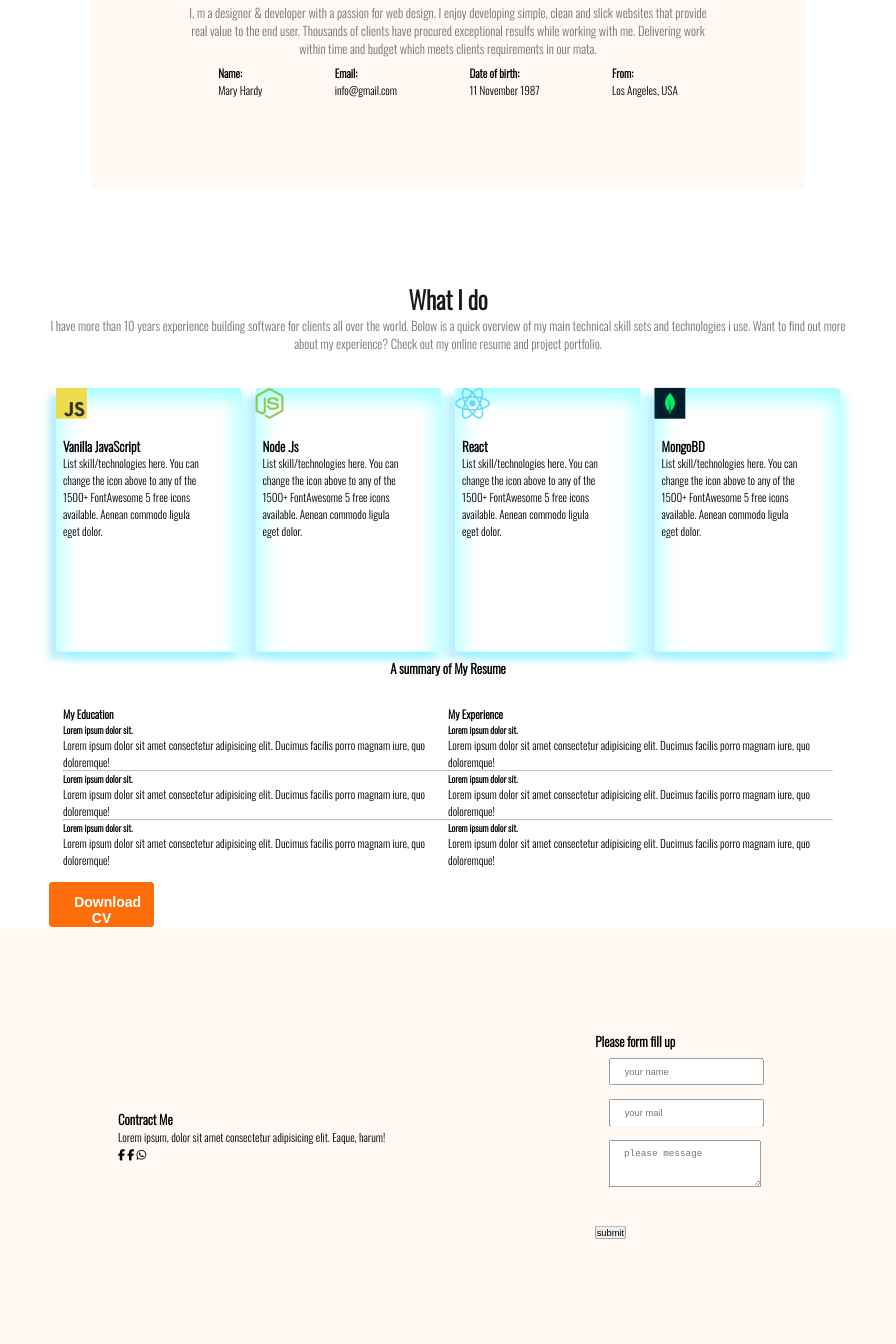
Repository: sumonkumarsarkar/my-website-personal
Page: index.html
The author's editor kept a copy of each file at every save. The page is drawn from the files as they stood at one save, then again after the next save.
The browser window is 1280 px wide. The pictures show the part of the page from y = 1183 to 3103 px (the page is 3103 px tall before and 3063 px after), at 70% of full size.

Above is the page before, as saved 2024-01-06 17:42:33.

### index.html
<!DOCTYPE html>
<html lang="en">
  <head>
    <meta charset="UTF-8" />
    <meta name="viewport" content="width=device-width, initial-scale=1.0" />
    <title>My Personal Website</title>
    <link rel="preconnect" href="https://fonts.googleapis.com" />
    <link rel="preconnect" href="https://fonts.gstatic.com" crossorigin />
    <link
      href="https://fonts.googleapis.com/css2?family=Open+Sans:wght@700;800&family=Oswald:wght@300&display=swap"
      rel="stylesheet"
    />
    <link rel="stylesheet" href="https://cdnjs.cloudflare.com/ajax/libs/font-awesome/6.5.1/css/all.min.css" integrity="sha512-DTOQO9RWCH3ppGqcWaEA1BIZOC6xxalwEsw9c2QQeAIftl+Vegovlnee1c9QX4TctnWMn13TZye+giMm8e2LwA==" crossorigin="anonymous" referrerpolicy="no-referrer" />
    <link rel="stylesheet" href="./style.css" />
  </head>
  <body>
    <header class="header">
      <nav>
        <h3 class="nav-title">Me<span class="text-primary">r</span>y</h3>
        <ul>
          <li><a href="#">Pirtfolio</a></li>
          <li><a href="#">Blog</a></li>
          <li><button type="button" class="btn-button">Hire Me</button></li>
        </ul>
      </nav>

      <div class="banner">
        <div class="banner-part">
          <h3 class="banner-greeting">Hi, I am</h3>
          <h1 class="banner-title">Mary Hardy</h1>
          <p>
            Shot what able cold new see hold.Friendly as an betrayed formerly
            he. Morning because as to society behaved moments.
          </p>
          <button type="button" class="btn-button">Download CV</button>
          <button class="btn-button" type="button">Contract</button>
        </div>
        <div>
          <img class="profile-picture" src="./images/hardy.png" alt="" />
        </div>
      </div>
    </header>

    <!-- main section  -->

    <main>
      <section class="about">
        <h3 class="section-title">About me</h3>
        <p class="section-description">
          I, m a designer & developer with a passion for web design. I enjoy
          developing simple, clean and slick websites that provide real value to
          the end user. Thousands of clients have procured exceptional resulfs
          while working with me. Delivering work within time and budget which
          meets clients requirements in our mata.
        </p>

        <div class="about-info-container">
          <div class="about-info">
            <h4 class="info-titlt">Name:</h4>
            <p>Mary Hardy</p>
          </div>
          <div class="about-info">
            <h4 class="info-titlt">Email:</h4>
            <p>info@gmail.com</p>
          </div>
          <div class="about-info">
            <h4 class="info-titlt">Date of birth:</h4>
            <p>11 November 1987</p>
          </div>
          <div class="about-info">
            <h4 class="info-titlt">From:</h4>
            <p>Los Angeles, USA</p>
          </div>
        </div>
      </section>

      <section class="what-section">
        <h3 class="section-title">What I do</h3>
        <p class="section-description">
          I have more than 10 years experience building software for clients all
          over the world. Below is a quick overview of my main technical skill
          sets and technologies i use. Want to find out more about my
          experience? Check out my online resume and project portfolio.
        </p>

        <div class="skill-container">
          <div class="skill">
            <img src="./images/icons/js.png" alt="" />
            <div class="skill-item">
              <h3 class="skill-title">Vanilla JavaScript</h3>
              <p class="skill-description">
                List skill/technologies here. You can change the icon above to
                any of the 1500+ FontAwesome 5 free icons available. Aenean
                commodo ligula eget dolor.
              </p>
            </div>
          </div>
          <div class="skill">
            <img src="./images/icons/nodejs.png" alt="" />
            <div class="skill-item">
              <h3 class="skill-title">Node .Js</h3>
              <p class="skill-description">
                List skill/technologies here. You can change the icon above to
                any of the 1500+ FontAwesome 5 free icons available. Aenean
                commodo ligula eget dolor.
              </p>
            </div>
          </div>
          <div class="skill">
            <img src="./images/icons/react.png" alt="" />
            <div class="skill-item">
              <h3 class="skill-title">React</h3>
              <p class="skill-description">
                List skill/technologies here. You can change the icon above to
                any of the 1500+ FontAwesome 5 free icons available. Aenean
                commodo ligula eget dolor.
              </p>
            </div>
          </div>
          <div class="skill">
            <img src="./images/icons/mongo.png" alt="" />
            <div class="skill-item">
              <h3 class="skill-title">MongoBD</h3>
              <p class="skill-description">
                List skill/technologies here. You can change the icon above to
                any of the 1500+ FontAwesome 5 free icons available. Aenean
                commodo ligula eget dolor.
              </p>
            </div>
          </div>
        </div>


     <!-- summary section start  -->
     <section class="section-resume">
      <h3 class="summary-title">A summary of My Resume</h3>
      <div class="summary-section">

          <div class="education-item">
          <h4 class="education-title">My Education</h4>
          <div class="education-details">
          <h5>Lorem ipsum dolor sit.</h5>
          <P>Lorem ipsum dolor sit amet consectetur adipisicing elit. Ducimus facilis porro magnam iure, quo doloremque!</P>
          </div>
          <hr>

          <div class="education-details">
          <h5>Lorem ipsum dolor sit.</h5>
          <P>Lorem ipsum dolor sit amet consectetur adipisicing elit. Ducimus facilis porro magnam iure, quo doloremque!</P>
          </div><hr>
          <div class="education-details">
          <h5>Lorem ipsum dolor sit.</h5>
          <P>Lorem ipsum dolor sit amet consectetur adipisicing elit. Ducimus facilis porro magnam iure, quo doloremque!</P>
          </div>

         </div>

          <!-- Education end  -->

         <div class="experence-item">
          <h4 class="experence">My Experience</h4>

          <div class="education-details">
            <h5>Lorem ipsum dolor sit.</h5>
            <P>Lorem ipsum dolor sit amet consectetur adipisicing elit. Ducimus facilis porro magnam iure, quo doloremque!</P>
            </div><hr>
          <div class="education-details">
            <h5>Lorem ipsum dolor sit.</h5>
            <P>Lorem ipsum dolor sit amet consectetur adipisicing elit. Ducimus facilis porro magnam iure, quo doloremque!</P>
            </div><hr>
          <div class="education-details">
            <h5>Lorem ipsum dolor sit.</h5>
            <P>Lorem ipsum dolor sit amet consectetur adipisicing elit. Ducimus facilis porro magnam iure, quo doloremque!</P>
            </div>
         </div>
      </div>


<!-- Education  start  -->
<button type="button" class="btn-button">Download CV</button>
     </section>


    </div>




     <!-- summary section end  -->


      </section>
    </main>
     <!-- footer section start  -->


<footer class="footer-section">


   <div class="contract-section">
    <h3>Contract Me</h3>
    <p>Lorem ipsum, dolor sit amet consectetur adipisicing elit. Eaque, harum!</p>
    <i class="fa-brands fa-facebook-f"></i>
    <i class="fa-brands fa-facebook-f"></i>
    <i class="fa-brands fa-whatsapp"></i>


   </div>
   <div class="contract-section">
    <h3>Please form fill up</h3>
    <form class="contract-form" action="#">
      <input type="text" placeholder="your name">
      <input type="text" placeholder="your mail">
      <textarea  name="" id="" cols="20" rows="3" placeholder="please message "></textarea>
    </form>
    <button type="button" class="submit-button">submit</button>
   </div>

</footer>




     <!-- footer section End  -->


  </body>
</html>

### style.css
* {
  margin: 0;
  padding: 0;
}
body {
  font-family: "Open Sans", sans-serif;
  font-family: "Oswald", sans-serif;
}
nav {
  display: flex;
  align-items: center;
  justify-content: space-between;
  margin: 0 200px;
}

.nav-title {
  font-size: 45px;
  color: #181818;
  line-height: normal;
  font-weight: 800;
}
.text-primary {
  color: #fd6e0a;
}
nav ul {
  display: flex;
  align-items: center;
}
nav a {
  text-decoration: none;
}
nav li {
  list-style: none;
  margin: 50px;
  font-size: 20px;
  color: #474747;
  text-align: center;
}

.section-title {
    color:#181818;
    text-align: center;
    font-size: 35px;
    font-weight: 700;
}
.section-description{
    color:#757575;
    text-align: center;
    font-size: 18px;

}

.btn-button {
  height: 64px;
  width: 150px;
  color: #ffff;
  background: #fd6e0a;
  border-radius: 5px;
  font-size: 20px;
  border: 0;
  font-weight: 700;
  padding: 18px 36px;
}

.header {
  background: #fff8f3;
  background-image: url(./images/header_bg.png);
  background-repeat: no-repeat;
  background-position: bottom right;
}
.banner {
  padding: 30px 30px 0 150px;
  display: flex;
  align-items: center;
  justify-content: space-between;
}
.banner-part {
  max-width: 500px;
}
.banner .profile-picture {
  height: 676px;
  width: 584px;
}
.banner-greeting {
  font-size: 45px;
  color: #474747;
  margin-bottom: 5px;
}
.banner-title {
  font-size: 85px;
  font-weight: 700;
  margin-top: 5px;
}

/* main section   */

main{
    max-width: 1140;
    margin: 0 auto;
}

/* about section  */
.about {
  padding: 130px;
  border-radius:10px;
  background: #fff8f3;
  margin:130px ;
}
.about-info-container{
    display: flex;
    justify-content:space-around;
    margin-top: 10px;
}
.about-info-container h4{
    margin: 0 auto;
}

.what-section{
    max-width: 1140px;
    margin: 0 auto;
}
.skill-container{
    display:flex;
    margin-top:40px;

}
.skill{
    height: 377px;
    width: 267px;
    background: #FFFFFF;
    border-radius: 5px;
    margin: 10px;
    box-shadow:10px 10px 10px rgba(122, 333, 455, .4),
          -10px 10px 10px rgba(122, 220, 300, .5),
          inset 15px 15px 22px rgba(122, 333, 455, .4),
          inset -15px 15px 22px rgba(122, 333, 455, .4);
}
.kill img{
    height:40px;
    width: 40px;
    margin-top:50px;
    padding: 10px;
}
.kill img{

    margin-top:10px;
    padding: 10px;
}
.skill .skill-item{
    width: 204px;
    height: 243px;
    margin-top: 10px;
    padding: 10px;
}


/* summary section start  */
.section-resume{
    max-width: 1140px;

}
.section-resume{
    max-width: 1140px;

}
.summary-title{
    text-align: center;
    margin-bottom:20px;
}
.summary-section{
    display:flex;
}


/* footer section start  */

.footer-section{
    max-height: 780px;
    background: #fff8f3;
    display: flex;
    justify-content: center;
    align-items: center;
}
.footer-section .contract-section{
   padding: 150px 150px;

}
.contract-form, input, textarea{
 margin-bottom: 20px;
    display: block;
    padding: 10px 20px;
    color: #757575;

}
/* footer section end  */







/* summary section end */



.summary-section{
    display:flex;
    padding: 20px;

}

After the next save:
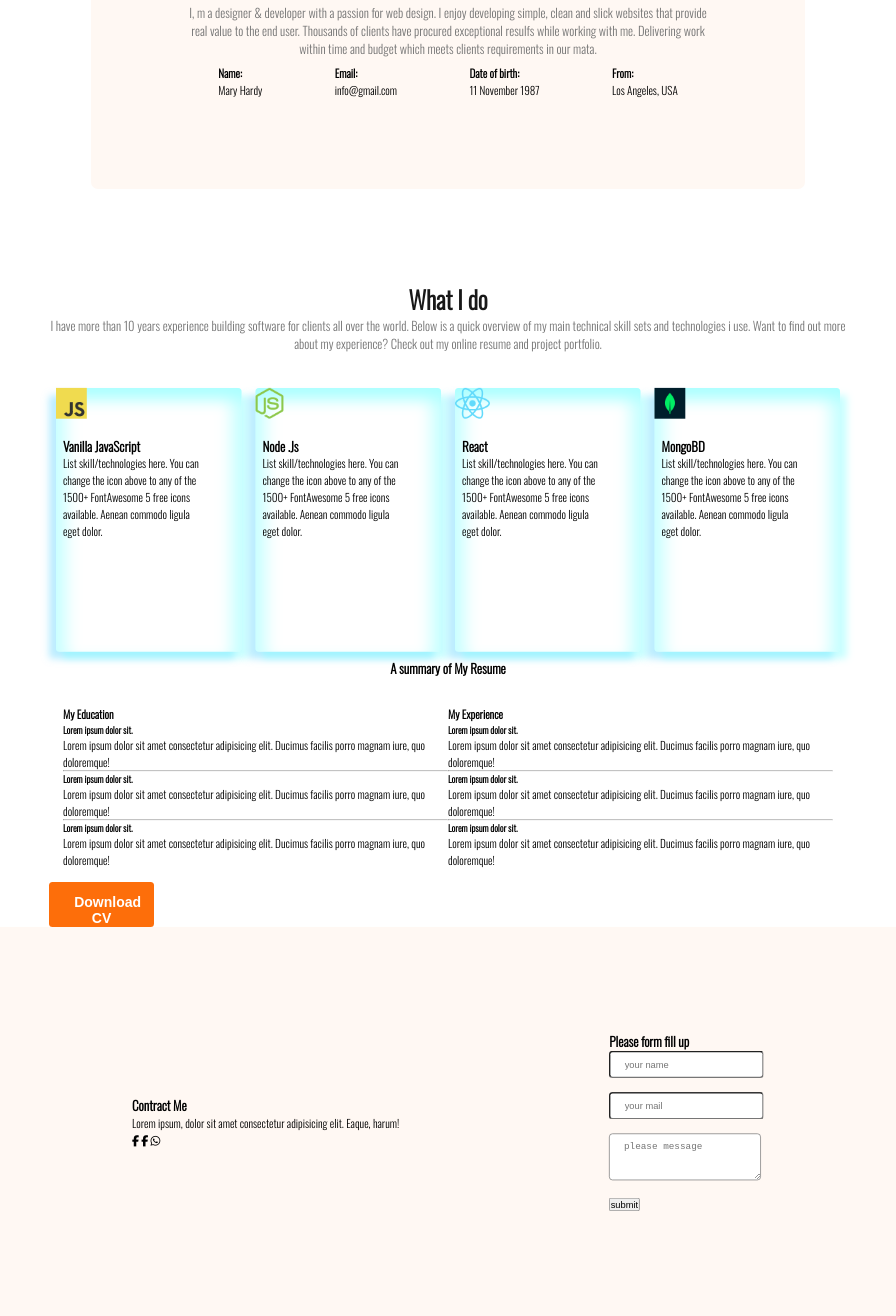
Saved 2 min 4 s later.
--- a/style.css
+++ b/style.css
@@ -185,11 +185,12 @@ main{
    padding: 150px 150px;
 
 }
-.contract-form, input, textarea{
+.contract-form input, textarea{
  margin-bottom: 20px;
     display: block;
     padding: 10px 20px;
     color: #757575;
+    border-radius: 5px;
 
 }
 /* footer section end  */
